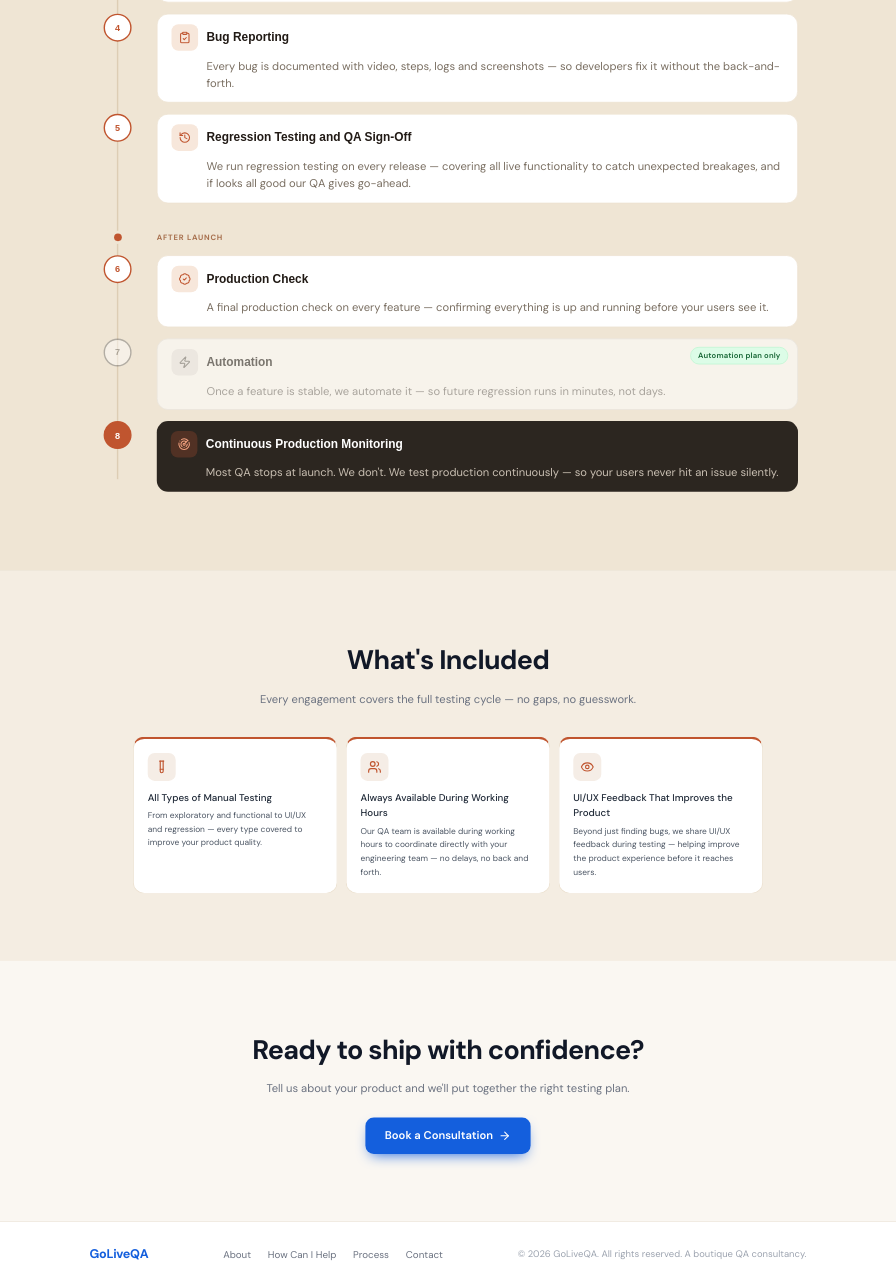
Repository: Monika281992/GoLiveQA
Page: /manual-testing
These files come from the project's save history. The page is drawn as it stood at one moment and after the next save; the edit follows.
The browser window is 1280 px wide. The pictures show the part of the page from y = 842 to 2762 px (the page is 2679 px tall before and 2762 px after), at 70% of full size.
The project was rebuilt for these pictures with package versions that can differ from the ones it lists, and the page was loaded fresh each time. The framework's server and built-in components were replaced by stand-ins that run in the browser. Also part of the build but not shown: next.config.mjs.

Above is the page before, as saved 2026-06-28 13:15:13.

### app/layout.tsx
import type { Metadata } from "next";
import { DM_Sans, Kaushan_Script } from "next/font/google";
import "./globals.css";

const dmSans = DM_Sans({
  subsets: ["latin"],
  weight: ["300", "400", "500", "600", "700"],
  variable: "--font-sans",
  display: "swap",
});

const kaushan = Kaushan_Script({
  subsets: ["latin"],
  weight: "400",
  variable: "--font-script",
  display: "swap",
});

export const metadata: Metadata = {
  title: "GoLiveQA",
  description:
    "Senior QA engineer with 9 years of hands-on experience testing Healthcare, SaaS, AI & Real Estate products at startups across India and US. Playwright, Cypress, Postman. Available remotely.",
};

export default function RootLayout({
  children,
}: {
  children: React.ReactNode;
}) {
  return (
    <html lang="en" className={`${dmSans.variable} ${kaushan.variable}`}>
      <body className="font-sans leading-relaxed">{children}</body>
    </html>
  );
}

### app/manual-testing/page.tsx
import { Navbar } from "@/components/navbar";
import { Footer } from "@/components/footer";
import { Button } from "@/components/ui/button";
import { WhatQACovers } from "@/components/WhatQACovers";
import { ArrowRight, TestTube, Users, Eye } from "lucide-react";

export const metadata = {
  title: "Manual Testing — GoLiveQA",
  description: "Expert-led manual testing services for startups and fast-moving teams.",
};

const highlights = [
  {
    Icon: TestTube,
    title: "All Types of Manual Testing",
    text: "From exploratory and functional to UI/UX and regression — every type covered to improve your product quality.",
  },
  {
    Icon: Users,
    title: "Always Available During Working Hours",
    text: "Our QA team is available during working hours to coordinate directly with your engineering team — no delays, no back and forth.",
  },
  {
    Icon: Eye,
    title: "UI/UX Feedback That Improves the Product",
    text: "Beyond just finding bugs, we share UI/UX feedback during testing — helping improve the product experience before it reaches users.",
  },
];

export default function ManualTestingPage() {
  return (
    <div className="min-h-screen bg-surface">
      <Navbar />
      <main>

        {/* How We Work timeline */}
        <WhatQACovers />

        {/* What's included */}
        <section className="border-t border-hairline bg-surface-soft py-16 md:py-24">
          <div className="mx-auto max-w-container px-5 sm:px-8 lg:px-12">
            <div className="mx-auto max-w-[560px] text-center">
              <h2 className="text-[clamp(1.8rem,3.5vw,2.4rem)] font-bold tracking-[-0.025em] text-ink">
                What&apos;s Included
              </h2>
              <p className="mt-3 text-[1rem] leading-relaxed text-muted">
                Every engagement covers the full testing cycle — no gaps, no guesswork.
              </p>
            </div>
            <div className="mx-auto mt-10 grid max-w-[900px] grid-cols-1 gap-3 sm:grid-cols-3">
              {highlights.map(({ Icon, title, text }) => (
                <div
                  key={title}
                  className="transition-all duration-200 hover:-translate-y-1 hover:shadow-md"
                  style={{
                    background: "#ffffff",
                    border: "1px solid #ece1d0",
                    borderTop: "3px solid #c0552f",
                    borderRadius: 16,
                    padding: 20,
                  }}
                >
                  <div
                    style={{
                      width: 40,
                      height: 40,
                      borderRadius: 10,
                      background: "#f5ede6",
                      display: "flex",
                      alignItems: "center",
                      justifyContent: "center",
                      marginBottom: 12,
                    }}
                  >
                    <Icon size={20} color="#c0552f" />
                  </div>
                  <p style={{ fontSize: 14, fontWeight: 500, color: "#1f2937", marginBottom: 6 }}>{title}</p>
                  <p style={{ fontSize: 12, color: "#4b5563", lineHeight: 1.6, margin: 0 }}>{text}</p>
                </div>
              ))}
            </div>
          </div>
        </section>

        {/* CTA */}
        <section className="py-16 md:py-24">
          <div className="mx-auto max-w-container px-5 text-center sm:px-8 lg:px-12">
            <h2 className="text-[clamp(1.8rem,3.5vw,2.4rem)] font-bold tracking-[-0.025em] text-ink">
              Ready to ship with confidence?
            </h2>
            <p className="mt-3 text-[1rem] text-muted">
              Tell us about your product and we&apos;ll put together the right testing plan.
            </p>
            <Button asChild size="lg" className="mt-7">
              <a href="/book-a-call">
                Book a Consultation <ArrowRight className="h-[18px] w-[18px]" />
              </a>
            </Button>
          </div>
        </section>
      </main>
      <Footer />
    </div>
  );
}

### app/globals.css
@tailwind base;
@tailwind components;
@tailwind utilities;

html {
  scroll-behavior: smooth;
}

body {
  background-color: #faf7f2;
  color: #4b5563;
  -webkit-font-smoothing: antialiased;
}

### components/footer.tsx
const links = [
  { label: "About", href: "#about" },
  { label: "How Can I Help", href: "#services" },
  { label: "Process", href: "#process" },
  { label: "Contact", href: "#contact" },
];

export function Footer() {
  return (
    <footer className="border-t border-hairline bg-white py-8">
      <div className="mx-auto flex max-w-container flex-wrap items-center justify-between gap-x-7 gap-y-4 px-5 sm:px-8 lg:px-12">
        <a href="#top" className="text-lg font-bold tracking-tight text-brand">
          GoLiveQA
        </a>
        <div className="flex flex-wrap gap-6">
          {links.map((l) => (
            <a
              key={l.href}
              href={l.href}
              className="text-sm text-muted transition-colors hover:text-ink"
            >
              {l.label}
            </a>
          ))}
        </div>
        <p className="text-[13.5px] text-faint">
          © 2026 GoLiveQA. All rights reserved. A boutique QA consultancy.
        </p>
      </div>
    </footer>
  );
}

### components/ui/button.tsx
import * as React from "react";
import { Slot } from "@radix-ui/react-slot";
import { cva, type VariantProps } from "class-variance-authority";
import { cn } from "@/lib/utils";

const buttonVariants = cva(
  "inline-flex items-center justify-center gap-2 whitespace-nowrap rounded-xl font-semibold transition-all focus-visible:outline-none focus-visible:ring-2 focus-visible:ring-brand/40 focus-visible:ring-offset-2 disabled:pointer-events-none disabled:opacity-50",
  {
    variants: {
      variant: {
        default:
          "bg-brand text-white shadow-brand hover:bg-brand-dark hover:-translate-y-0.5",
        outline:
          "border-[1.5px] border-brand text-brand hover:bg-brand hover:text-white",
        ghost: "text-brand hover:bg-brand/5",
      },
      size: {
        default: "h-11 px-6 text-[15px]",
        lg: "h-[52px] px-7 text-base",
        sm: "h-9 px-[18px] text-sm",
      },
    },
    defaultVariants: {
      variant: "default",
      size: "default",
    },
  }
);

export interface ButtonProps
  extends React.ButtonHTMLAttributes<HTMLButtonElement>,
    VariantProps<typeof buttonVariants> {
  asChild?: boolean;
}

const Button = React.forwardRef<HTMLButtonElement, ButtonProps>(
  ({ className, variant, size, asChild = false, ...props }, ref) => {
    const Comp = asChild ? Slot : "button";
    return (
      <Comp
        className={cn(buttonVariants({ variant, size, className }))}
        ref={ref}
        {...props}
      />
    );
  }
);
Button.displayName = "Button";

export { Button, buttonVariants };

### components/WhatQACovers.jsx
"use client";

import {
  FileSearch2,
  UsersRound,
  Route,
  ClipboardCheck,
  History,
  BadgeCheck,
  Zap,
  Radar,
} from "lucide-react";

const ACCENT      = "#c0552f";
const RAIL_COLOR  = "#ddcdb4";
const BG_SECTION  = "#efe5d4";
const BG_CARD     = "#ffffff";
const TEXT_HEAD   = "#211a15";
const TEXT_BODY   = "#7a6f62";
const CHIP_BG     = "#f7e7db";
const PHASE_TEXT  = "#a8714f";
const EYEBROW_BG  = "#f7e3d6";

const DARK = {
  bg:   "#2c2620",
  title:"#ffffff",
  body: "#c9bfb2",
  icon: "#f0a07e",
  chip: "rgba(192,85,47,0.25)",
};

const phases = [
  {
    label: "Before a line of code",
    items: [
      {
        n: 1, Icon: FileSearch2,
        title: "Shift Left Process",
        desc:  "Our QA team involves at the requirements stage — understanding what problem we are solving for users, reviewing designs, and flagging gaps before a single line of code is written.",
        dark: false,
      },
      {
        n: 2, Icon: UsersRound,
        title: "Reviewing/Adding Acceptance Criteria Early",
        desc:  "We review acceptance criteria before development begins — flagging missing scenarios early to reduce back and forth between teams.",
        dark: false,
      },
    ],
  },
  {
    label: "While you build",
    items: [
      {
        n: 3, Icon: Route,
        title: "Manual Testing of Product",
        desc:  "Once code review is done, our QA team picks up and manually tests every possible scenario a user could encounter — ensuring it works exactly as intended.",
        dark: false,
      },
      {
        n: 4, Icon: ClipboardCheck,
        title: "Bug Reporting",
        desc:  "Every bug is documented with video, steps, logs and screenshots — so developers fix it without the back-and-forth.",
        dark: false,
      },
      {
        n: 5, Icon: History,
        title: "Regression Testing and QA Sign-Off",
        desc:  "We run regression testing on every release — covering all live functionality to catch unexpected breakages, and if looks all good our QA gives go-ahead.",
        dark: false,
      },
    ],
  },
  {
    label: "After launch",
    items: [
      {
        n: 6, Icon: BadgeCheck,
        title: "Production Check",
        desc:  "A final production check on every feature — confirming everything is up and running before your users see it.",
        dark: false,
      },
      {
        n: 7, Icon: Zap,
        title: "Automation",
        desc:  "Once a feature is stable, we automate it — so future regression runs in minutes, not days.",
        dark: false,
        disabled: true,
      },
      {
        n: 8, Icon: Radar,
        title: "Continuous Production Monitoring",
        desc:  "Most QA stops at launch. We don't. We test production continuously — so your users never hit an issue silently.",
        dark: true,
      },
    ],
  },
];

export function WhatQACovers() {
  return (
    <section style={{ background: BG_SECTION, padding: "96px 32px" }}
      className="!py-16 !px-5 md:!py-24 md:!px-8">
<div style={{ maxWidth: 1000, margin: "0 auto" }}>

        {/* Header */}
        <div style={{ maxWidth: 600, margin: "0 auto 64px", textAlign: "center" }}>
          <h2 style={{
            fontFamily: "'Poppins', sans-serif",
            fontWeight: 600,
            fontSize: "clamp(1.8rem, 4vw, 2.5rem)",
            color: TEXT_HEAD,
            margin: "0 0 16px",
            lineHeight: 1.15,
            letterSpacing: "-0.02em",
          }}>
            This is What our QA Covers
          </h2>
          <p style={{ fontSize: 16, color: TEXT_BODY, lineHeight: 1.6, margin: 0 }}>
            From the first design review to live production monitoring — we own quality at every stage of your product&apos;s life.
          </p>
        </div>

        {/* Timeline */}
        <div style={{ position: "relative" }}>
          {/* Vertical rail */}
          <div style={{
            position: "absolute",
            left: 27,
            top: 18,
            bottom: 18,
            width: 2,
            background: RAIL_COLOR,
            zIndex: 0,
          }} />

          {phases.map((phase, phaseIdx) => (
            <div key={phase.label}>
              {/* Phase label row */}
              <div style={{
                display: "flex",
                alignItems: "center",
                gap: 28,
                marginTop: phaseIdx === 0 ? 0 : 40,
                marginBottom: 16,
              }}>
                <div style={{ width: 56, flexShrink: 0, display: "flex", justifyContent: "center", position: "relative", zIndex: 1 }}>
                  <div style={{
                    width: 11,
                    height: 11,
                    borderRadius: "50%",
                    background: ACCENT,
                    boxShadow: `0 0 0 4px ${BG_SECTION}`,
                  }} />
                </div>
                <span style={{
                  fontSize: 11,
                  fontWeight: 700,
                  textTransform: "uppercase",
                  letterSpacing: "0.1em",
                  color: PHASE_TEXT,
                }}>
                  {phase.label}
                </span>
              </div>

              {/* Items */}
              {phase.items.map((item) => {
                const isDark = item.dark;
                const isDisabled = item.disabled;
                return (
                  <div key={item.n}
                    className="group transition-all duration-200 hover:-translate-y-1"
                    style={{ display: "flex", gap: 28, alignItems: "flex-start", marginBottom: 16, position: "relative" }}>
                    {isDisabled && (
                      <span style={{
                        position: "absolute",
                        top: 12,
                        right: 14,
                        fontSize: 11,
                        fontWeight: 600,
                        color: "#166534",
                        background: "#dcfce7",
                        border: "1px solid #bbf7d0",
                        borderRadius: 999,
                        padding: "3px 10px",
                        letterSpacing: "0.02em",
                        whiteSpace: "nowrap",
                        zIndex: 2,
                      }}>
                        Automation plan only
                      </span>
                    )}

                    {/* Numbered node */}
                    <div style={{ width: 56, flexShrink: 0, display: "flex", justifyContent: "center", position: "relative", zIndex: 1, opacity: isDisabled ? 0.45 : 1, filter: isDisabled ? "grayscale(1)" : "none" }}>
                      <div style={{
                        width: 40,
                        height: 40,
                        borderRadius: "50%",
                        background: isDark ? ACCENT : BG_CARD,
                        border: `2px solid ${ACCENT}`,
                        display: "flex",
                        alignItems: "center",
                        justifyContent: "center",
                        fontFamily: "'Poppins', sans-serif",
                        fontWeight: 600,
                        fontSize: 13,
                        color: isDark ? "#fff" : ACCENT,
                      }}>
                        {item.n}
                      </div>
                    </div>

                    {/* Card */}
                    <div
                      className="transition-all duration-200 group-hover:shadow-md"
                      style={{
                      flex: 1,
                      background: isDark ? DARK.bg : BG_CARD,
                      border: isDark ? "none" : "1px solid #ece1d0",
                      borderRadius: 16,
                      padding: "14px 20px",
                      position: "relative",
                      opacity: isDisabled ? 0.55 : 1,
                      filter: isDisabled ? "grayscale(1)" : "none",
                    }}>
                      {/* Icon + title */}
                      <div style={{ display: "flex", alignItems: "center", gap: 12 }}>
                        <div style={{
                          width: 38,
                          height: 38,
                          borderRadius: 10,
                          flexShrink: 0,
                          background: isDark ? DARK.chip : CHIP_BG,
                          display: "flex",
                          alignItems: "center",
                          justifyContent: "center",
                        }}>
                          <item.Icon size={18} color={isDark ? DARK.icon : ACCENT} />
                        </div>
                        <h3 style={{
                          fontFamily: "'Poppins', sans-serif",
                          fontWeight: 600,
                          fontSize: 17,
                          color: isDark ? DARK.title : TEXT_HEAD,
                          margin: 0,
                          lineHeight: 1.3,
                        }}>
                          {item.title}
                        </h3>
                      </div>

                      {/* Description */}
                      <p style={{
                        fontSize: 16,
                        lineHeight: 1.55,
                        color: isDark ? DARK.body : TEXT_BODY,
                        margin: "10px 0 0",
                        paddingLeft: 50,
                      }}>
                        {item.desc}
                      </p>
                    </div>

                  </div>
                );
              })}
            </div>
          ))}
        </div>

      </div>
    </section>
  );
}

### tailwind.config.ts
import type { Config } from "tailwindcss";

const config: Config = {
  content: [
    "./app/**/*.{ts,tsx}",
    "./components/**/*.{ts,tsx}",
  ],
  theme: {
    extend: {
      colors: {
        // Brand action color (blue) — CTAs, links
        brand: { DEFAULT: "#145fdd", dark: "#0d46b8" },
        // Warm personal accent (terracotta) — eyebrows, badges, signature
        accent: { DEFAULT: "#c2613f", soft: "#f6ebe5" },
        // Warm surfaces
        surface: { DEFAULT: "#faf7f2", soft: "#f4ede2" },
        hairline: "#ece4d7",
        // Text
        ink: "#111827",
        body: "#4b5563",
        muted: "#6b7280",
        faint: "#9ca3af",
      },
      fontFamily: {
        sans: ["var(--font-sans)", "system-ui", "sans-serif"],
        script: ["var(--font-script)", "cursive"],
      },
      maxWidth: {
        container: "1120px",
      },
      boxShadow: {
        card: "0 1px 3px rgba(0,0,0,0.03)",
        lift: "0 20px 40px -18px rgba(0,0,0,0.16)",
        brand: "0 8px 20px -8px rgba(20,95,221,0.5)",
        photo: "0 18px 44px -22px rgba(0,0,0,0.28)",
        cta: "0 28px 70px -34px rgba(0,0,0,0.22)",
      },
    },
  },
  plugins: [],
};

export default config;

Loaded but not shown: lib/utils.ts (common file); components/navbar.tsx (211 lines, source omitted)

After the next save:
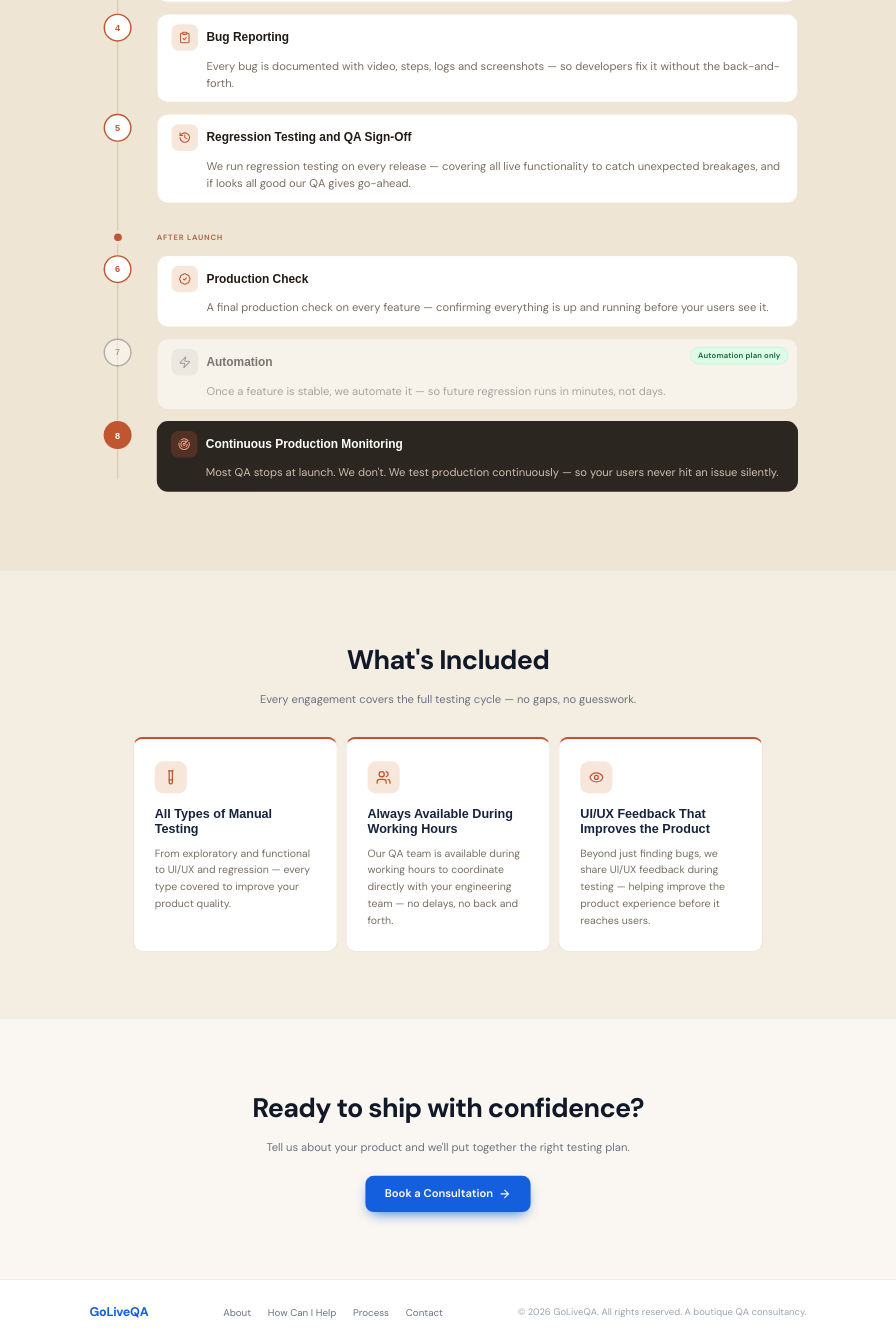
Saved 98 s later.
--- a/app/manual-testing/page.tsx
+++ b/app/manual-testing/page.tsx
@@ -53,29 +53,29 @@ export default function ManualTestingPage() {
                   key={title}
                   className="transition-all duration-200 hover:-translate-y-1 hover:shadow-md"
                   style={{
-                    background: "#ffffff",
+                    background: "#fff",
                     border: "1px solid #ece1d0",
                     borderTop: "3px solid #c0552f",
-                    borderRadius: 16,
-                    padding: 20,
+                    borderRadius: 14,
+                    padding: "32px 30px",
                   }}
                 >
                   <div
                     style={{
-                      width: 40,
-                      height: 40,
-                      borderRadius: 10,
-                      background: "#f5ede6",
+                      width: 46,
+                      height: 46,
+                      borderRadius: 12,
+                      background: "#f7e7db",
                       display: "flex",
                       alignItems: "center",
                       justifyContent: "center",
-                      marginBottom: 12,
+                      marginBottom: 18,
                     }}
                   >
-                    <Icon size={20} color="#c0552f" />
+                    <Icon size={22} color="#c0552f" />
                   </div>
-                  <p style={{ fontSize: 14, fontWeight: 500, color: "#1f2937", marginBottom: 6 }}>{title}</p>
-                  <p style={{ fontSize: 12, color: "#4b5563", lineHeight: 1.6, margin: 0 }}>{text}</p>
+                  <p style={{ fontFamily: "'Poppins', sans-serif", fontWeight: 600, fontSize: 18, color: "#16233c", marginBottom: 10, lineHeight: 1.25 }}>{title}</p>
+                  <p style={{ fontSize: 15, color: "#7a6f62", lineHeight: 1.6, margin: 0 }}>{text}</p>
                 </div>
               ))}
             </div>
